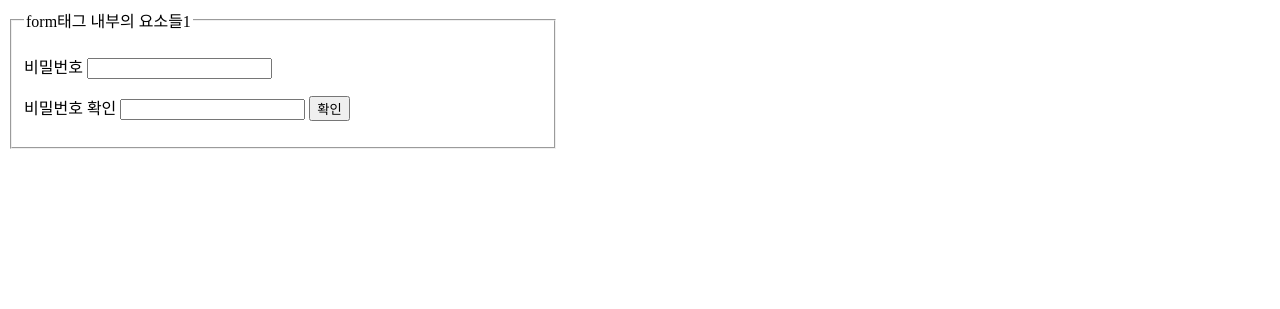
Repository: reddrinkbro/JSPStudy
Page: javascript/WebContent/4객체/dom_ob6.html
These files come from the project's save history. The page is drawn as it stood at one moment and after the next save; the edit follows.
The browser window is 1280 px wide. The pictures show the whole page.

Above is the page before, as saved 2020-04-10 03:39:25.

### javascript/WebContent/4객체/dom_ob6.html
<!DOCTYPE html>
<html>
<head>
<meta charset="UTF-8">
<title>Insert title here</title>
	<style type="text/css">
		form{
			width: 550px; /*너비 설정*/
		}

	</style>
</head>
<body>
	<form action="a.jsp" name = "f1">
		<fieldset>
			<legend>form태그 내부의 요소들1</legend>
			<p>
				<label>비밀번호</label>
				<input type ="text" id ="user_pw1" name ="user_pw1"/>
			</p>
			<p>
				<lable>비밀번호 확인</lable>
				<input type ="text" id = "user_pw2" name ="user_pw2"/>
				<input type="submit" value = "확인"/>
			</p>
		</fieldset>
	</form>
	<script type="text/javascript">
		//<form name ="f1"> 요소를 선택해 가져온다
		//확인버튼을 클릭했을때 이벤트 처리함수가 실행되게 선언
		document.f1.onsubmit = function(){
			//비밀번호 입력 공간 얻기
			//입력 요소 중에서 <input name ="user_pw1">인 요소를 선택해서 가져와서 변수 pw1에 저장
			var pw1 = document.f1.user_pw1;
			//비밀번호 확인 입력 공간 얻기
			//입력 요소 중 <input name = "user_pw2">인 요소를 선택해서 가져와서 변수pw2에 저장
			var pw2 = document.f1.user_pw2;

			//사이트 방문객이 작성한 비밀번호 값을 얻어
			//비밀번호 확인 <input>요소의 value속성값으로 설정하여 출력
			pw2.value = pw1.value ;
			//비밀번호 확인 <input>요소가 비활성화되어 입력을 할수 없도록 disabled속성의 값을 true함
			pw2.disabled = true;

			//이벤트 처리함수 function(){...} 마지막 부분에 return false의 값을 작성하여
			//a.jsp페이지로 전송하는 것을 차단시켜야한다
			//만약 차단 하지 않으면 <form>태그의 action속성에 작성된 a.jsp로 전송하여 페이지가 이동되게 된다
			return false;
		}

	</script>
</body>
</html>

After the next save:
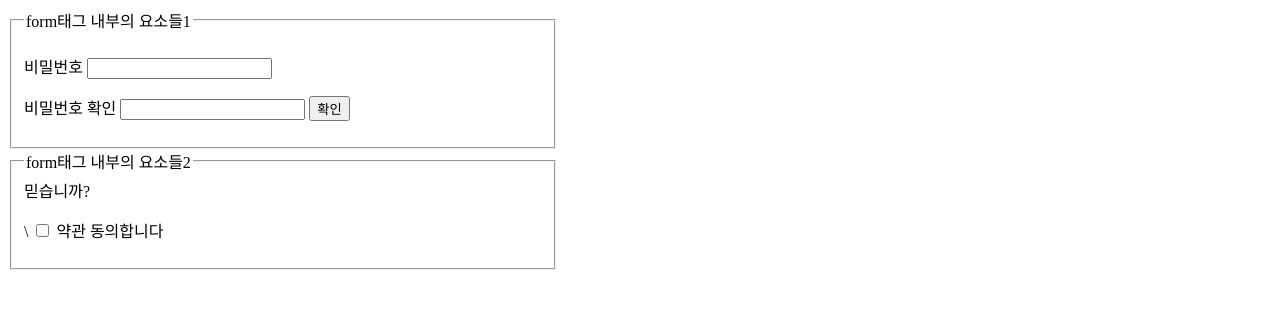
Saved 7 min 30 s later.
--- a/javascript/WebContent/4객체/dom_ob6.html
+++ b/javascript/WebContent/4객체/dom_ob6.html
@@ -22,6 +22,18 @@
 				<lable>비밀번호 확인</lable>
 				<input type ="text" id = "user_pw2" name ="user_pw2"/>
 				<input type="submit" value = "확인"/>
+			</p>
+		</fieldset>
+	</form>
+	<form action="a.jsp" name = "f2">
+		<fieldset>
+			<legend>form태그 내부의 요소들2</legend>
+			<div>
+				믿습니까?
+			</div>
+			<p>\
+				<input type="checkbox" name = "accept"/>
+				약관 동의합니다
 			</p>
 		</fieldset>
 	</form>
